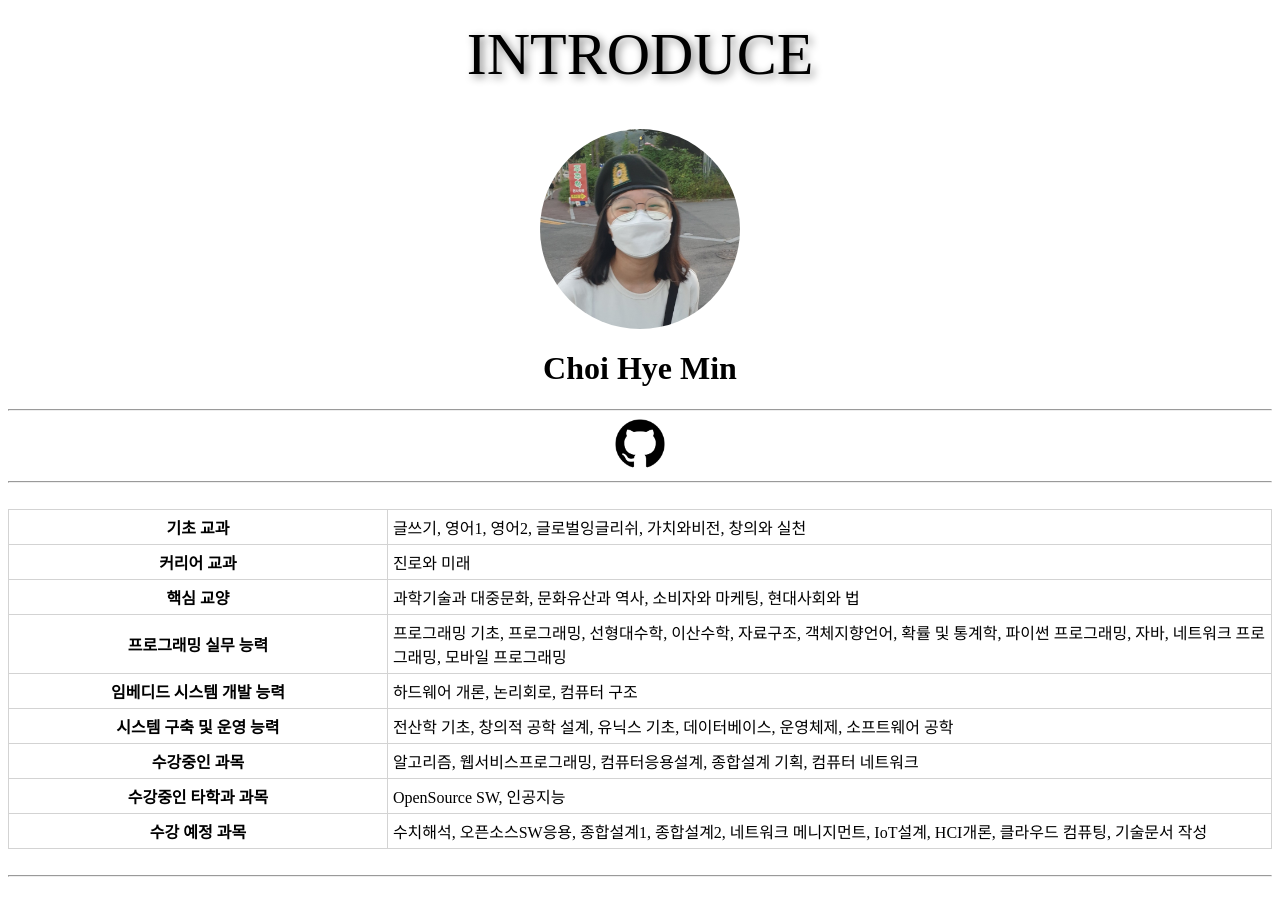
Repository: papav-hub/Web_Study
Page: ChoiHyeMin_reg/src/main/webapp/introduce.html
The author's editor kept a copy of each file at every save. The page is drawn from the files as they stood at one save, then again after the next save.
The browser window is 1280 px wide. The pictures show the whole page.

Above is the page before, as saved 2021-10-03 19:26:53.

After the next save:
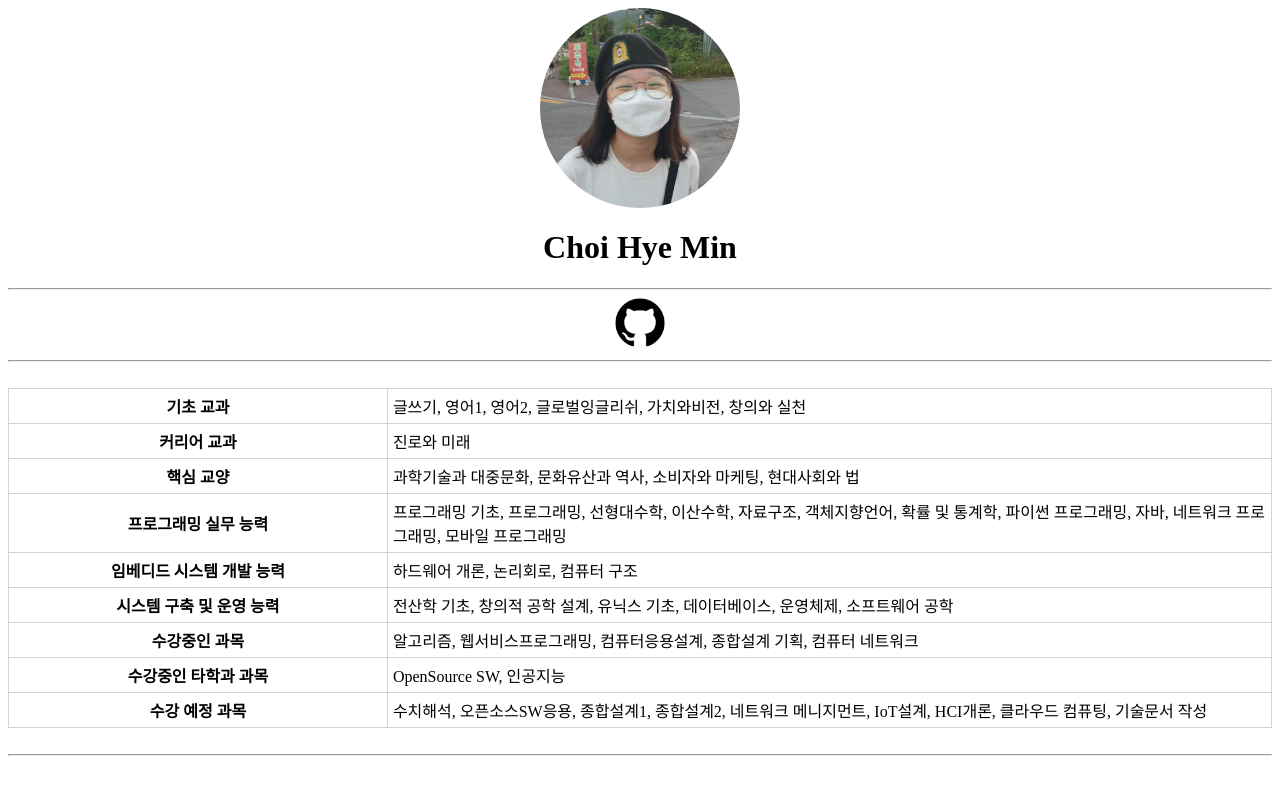
Saved 98 s later.
--- a/ChoiHyeMin_reg/src/main/webapp/introduce.html
+++ b/ChoiHyeMin_reg/src/main/webapp/introduce.html
@@ -26,8 +26,6 @@
 </head>
 
 <body>
-	<header> INTRODUCE </header>
-
 	<div class="box">
     	<img class="profile" src="resources/ChoiHyeMin01.jpg">
 	</div>
